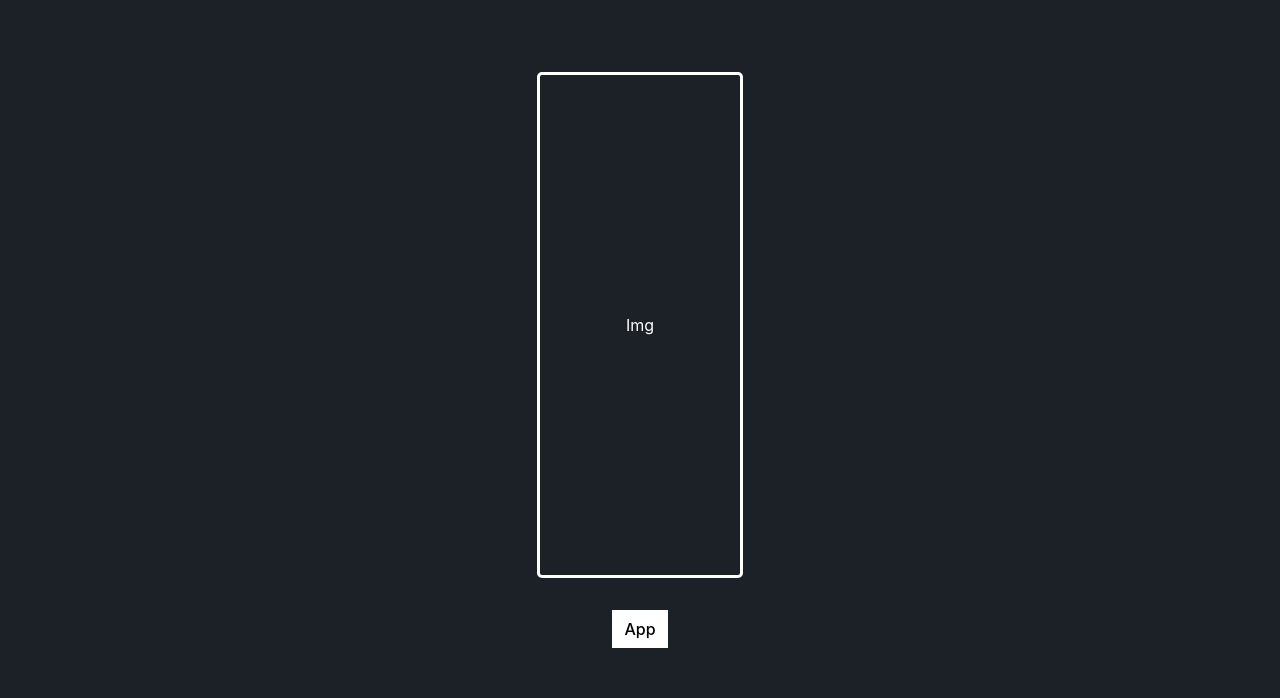
Repository: StephaneCash/Reconnaissance_Immatriculation_Plate
Page: /
These files come from the project's save history. The page is drawn as it stood at one moment and after the next save; the edit follows.
The browser window is 1280 px wide. The pictures show the whole page.
The project was rebuilt for these pictures with package versions that can differ from the ones it lists, and the page was loaded fresh each time.

Above is the page before, as saved 2021-11-22 00:17:06.

### src/App.js
import Webcam from "react-webcam";
import React, { Component, useState } from 'react';
import { useRef } from 'react';
import "./App.css"
import "@tensorflow/tfjs-backend-webgl";
import "@tensorflow/tfjs-backend-cpu";
import * as cocoSsd from "@tensorflow-models/coco-ssd";


function App() {

  return (
    <div className="App">
      <div className="objdetect">
        Img
      </div>
      <div className="input"></div>
      <div className="SelectButton">
        App
      </div>
    </div>
  )
}

export default App;

### src/App.css
.App {
  width: 100%;
  height: 100vh;
  background-color: #1c2127;
  display: flex;
  flex-direction: column;
  align-items: center;
  justify-content: center;
  color: #fff;
}

.SelectButton {
  padding: 7px 10px;
  border: 2px solid transparent;
  background-color: #fff;
  color: black;
  font-size: 16px;
  font-weight: 500;
  outline: none;
  margin-top: 2em;
  cursor: pointer;
  transition: all 260ms ease-in-out;
}

.SelectButton:hover {
  background-color: transparent;
  border: 2px solid #fff;
  color: #fff;
}

.objdetect {
  min-width: 200px;
  height: 500px;
  border: 3px solid #fff;
  border-radius: 5px;
  display: flex;
  align-items: center;
  justify-content: center;
  position: relative;
}

Loaded but not shown: public/index.html (common file); src/index.js (common file); src/index.css (common file); src/reportWebVitals.js (common file)

After the next save:
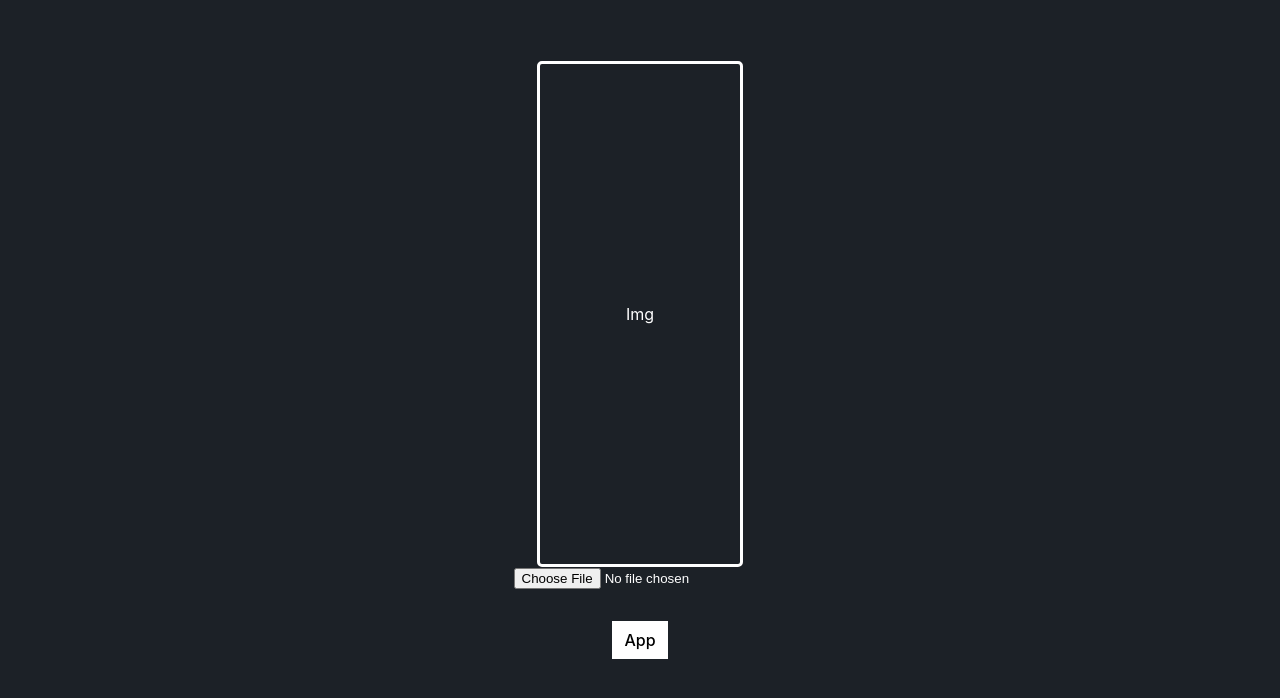
Saved 17 s later.
--- a/src/App.js
+++ b/src/App.js
@@ -14,7 +14,9 @@ function App() {
       <div className="objdetect">
         Img
       </div>
-      <div className="input"></div>
+      <div className="input">
+        <input type="file" />
+      </div>
       <div className="SelectButton">
         App
       </div>

After the save that followed:
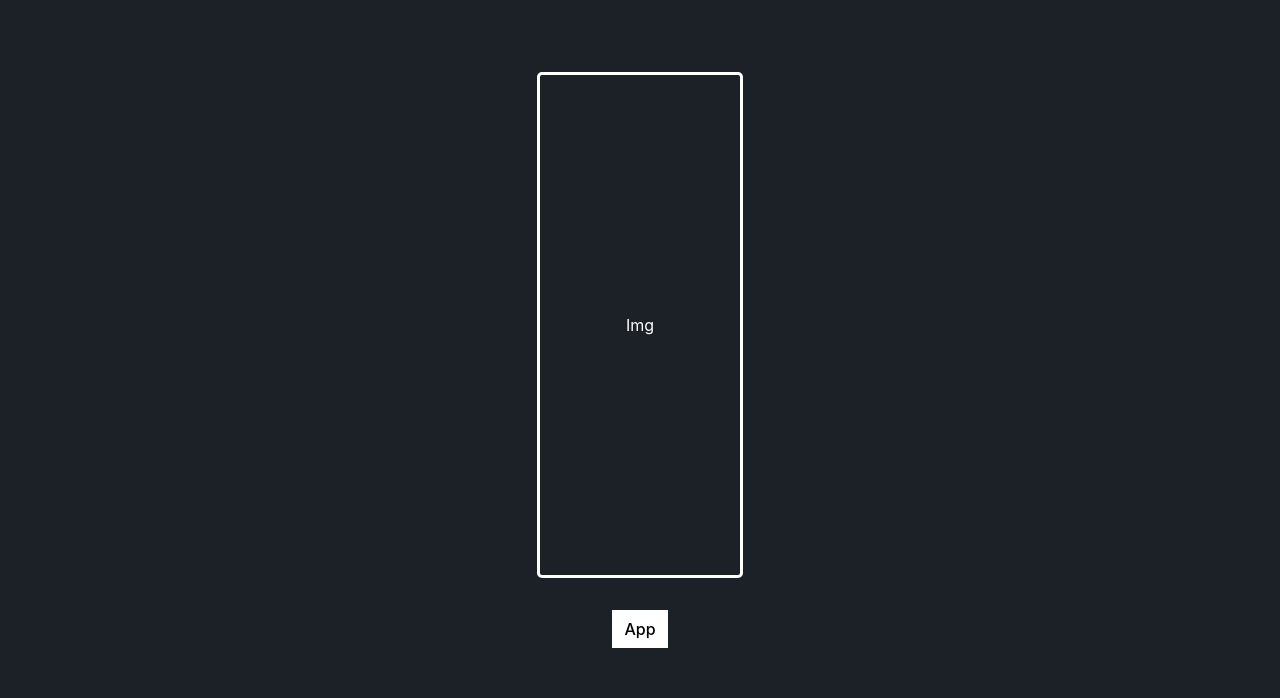
Saved 59 s later.
--- a/src/App.css
+++ b/src/App.css
@@ -38,3 +38,8 @@
   justify-content: center;
   position: relative;
 }
+
+input {
+  display: none;
+
+}
